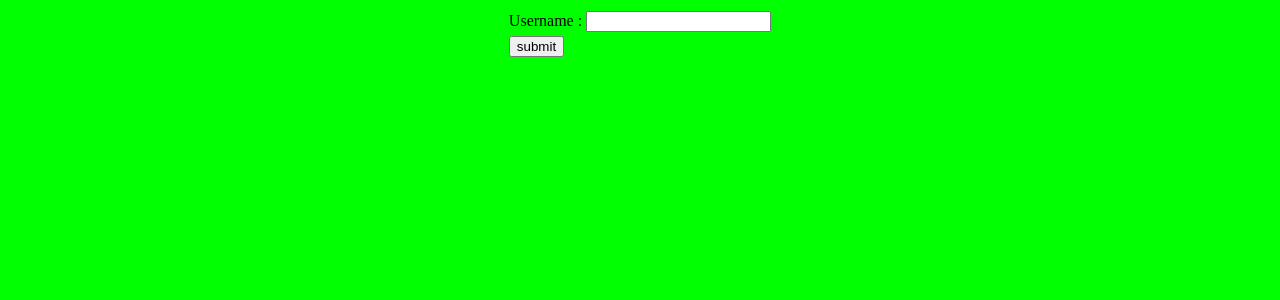
Repository: akale1992/Learning-HIBERNATE-SERVLETS
Page: servletconfig/WebContent/index.html
These files come from the project's save history. The page is drawn as it stood at one moment and after the next save; the edit follows.
The browser window is 1280 px wide. The pictures show the whole page.

Above is the page before, as saved 2015-09-07 04:43:52.

After the next save:
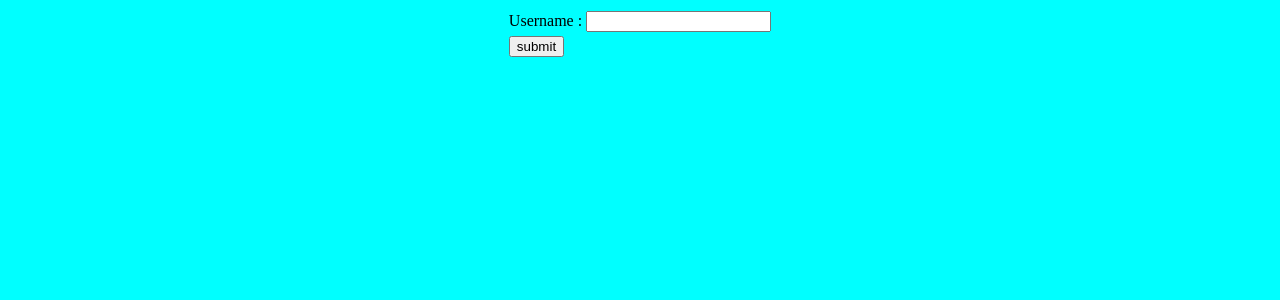
Saved 49 s later.
--- a/servletconfig/WebContent/index.html
+++ b/servletconfig/WebContent/index.html
@@ -4,7 +4,7 @@
 <meta charset="ISO-8859-1">
 <title></title>
 </head>
-<body bgcolor="lime">
+<body bgcolor="aqua">
 	<form action="do" method="post">
 		<table align="center">
 			<tr>
